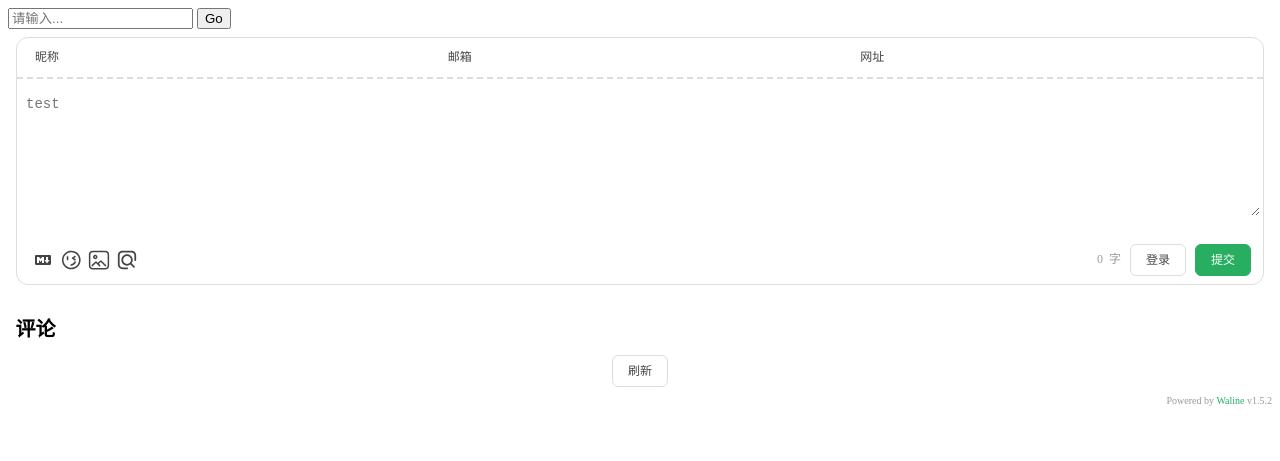
Repository: StarunneR/one-page
Page: index.html
An editor plug-in stored every save of this project. The page is shown before and after the next save, followed by the edit.
The browser window is 1280 px wide. The pictures show the whole page.
The page's requests for data from a server got no answer.

Above is the page before, as saved 2022-01-07 11:16:27.

### index.html
<!doctype html>
<html lang="zh">

<head>
    <meta charset="utf-8" />
    <title>CloudPool浊池</title>
    <script src="waline/waline.js"></script>
    <link rel="shortcut icon" href="./favicon.ico" />
    <script>
        function check() {
            window.location.href = 'baidu.com';
        };
    </script>
</head>

<body>
    <div class="search">
        <input type="text" placeholder="请输入..." name="" id="" value="" />
        <input type="button" value="Go" οnclick="check()" />
    </div>
    <div id="waline"></div>
    <script>
        Waline({
            el: '#waline',
            serverURL: 'https://one-comment.vercel.app/',
            emoji: [
                //    'waline/gh/walinejs/emojis@1.0.0/qq',
                //    'waline/gh/walinejs/emojis@1.0.0/weibo',
                //    'waline/gh/walinejs/emojis@1.0.0/tieba',
                //    'waline/gh/walinejs/emojis@1.0.0/alus',
                //    'waline/gh/walinejs/emojis@1.0.0/bilibili',
                'https://cdn.jsdelivr.net/gh/walinejs/emojis@1.0.0/qq',
                'https://cdn.jsdelivr.net/gh/walinejs/emojis@1.0.0/weibo',
                'https://cdn.jsdelivr.net/gh/walinejs/emojis@1.0.0/tieba',
                'https://cdn.jsdelivr.net/gh/walinejs/emojis@1.0.0/alus',
                'https://cdn.jsdelivr.net/gh/walinejs/emojis@1.0.0/bilibili',
            ],
            appId: 'z0aNhgPFYWIlcGL0ONwY1rNU-MdYXbMMI',
            appKey: 'KgidpF8jI1RcVyCvaPyjyes4',
            avatar: '0wtM2bADqSKOPS28qEiQPdzj',
            IPQPS: 0,
            placeholder: 'test',
        });
    </script>
</body>

</html>

Loaded but not shown: waline/waline.js (library)

After the next save:
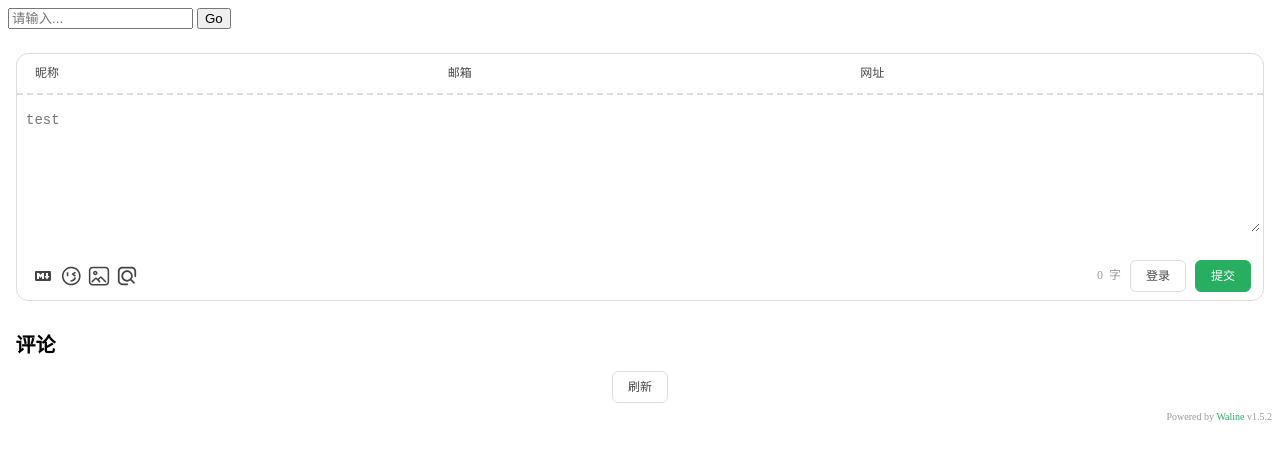
Saved 2 min 46 s later.
--- a/index.html
+++ b/index.html
@@ -18,6 +18,7 @@
         <input type="text" placeholder="请输入..." name="" id="" value="" />
         <input type="button" value="Go" οnclick="check()" />
     </div>
+    <p id="demo"></p>
     <div id="waline"></div>
     <script>
         Waline({
